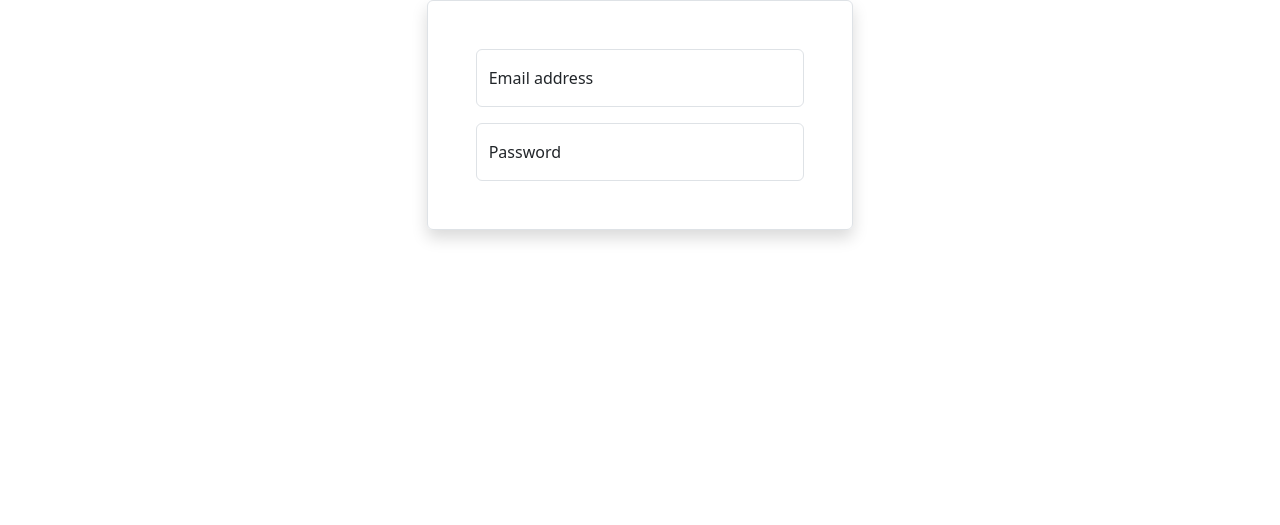
Repository: jaevoy2/lara_demo
Page: http://localhost/
These files come from the project's save history. The page is drawn as it stood at one moment and after the next save; the edit follows.
The browser window is 1280 px wide. The pictures show the whole page.
The page is served by the project's Laravel application, run on PHP 8.4 with Laravel 12.

Above is the page before, as saved 2026-07-06 22:50:56.

After the next save:
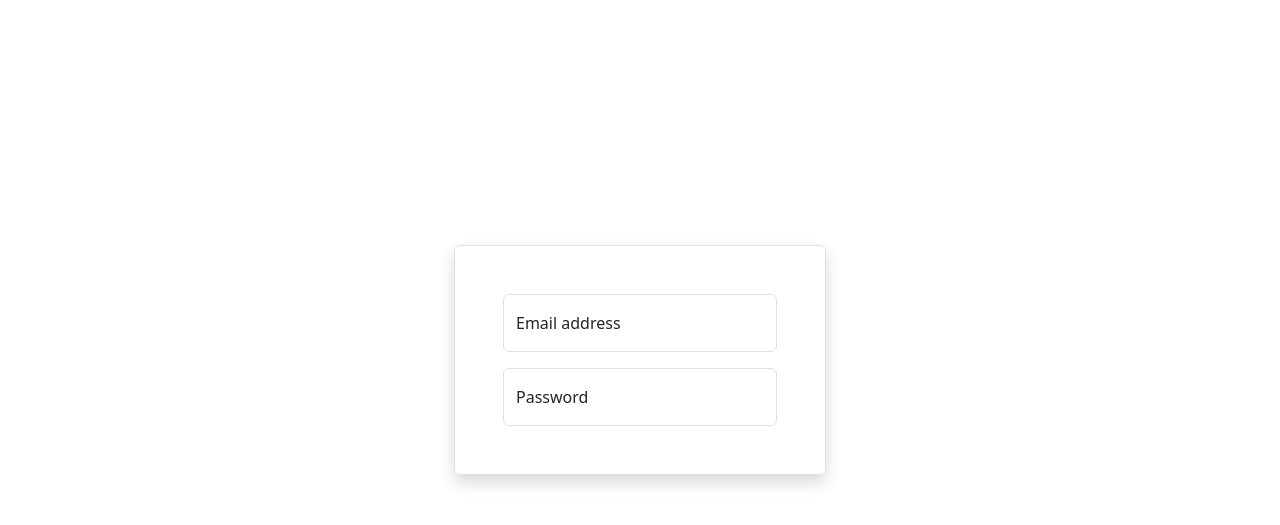
Saved 46 s later.
--- a/resources/views/login.blade.php
+++ b/resources/views/login.blade.php
@@ -1,15 +1,16 @@
 @extends('_layout._auth-head')
 
 @section('content')
-
-    <div class="container d-flex flex-column justify-content-center col-4 p-5 border rounded shadow mt-8">
-        <div class="form-floating mb-3">
-            <input type="email" class="form-control" id="floatingInput" placeholder="name@example.com">
-                <label for="floatingInput">Email address</label>
-        </div>
-        <div class="form-floating">
-            <input type="password" class="form-control" id="floatingPassword" placeholder="Password">
-            <label for="floatingPassword">Password</label>
+    <div class="container d-flex flex-column justify-content-center align-items-center vh-100">
+        <div class="container d-flex flex-column justify-content-center col-4 p-5 border rounded shadow ">
+            <div class="form-floating mb-3">
+                <input type="email" class="form-control" id="floatingInput" placeholder="name@example.com">
+                    <label for="floatingInput">Email address</label>
+            </div>
+            <div class="form-floating">
+                <input type="password" class="form-control" id="floatingPassword" placeholder="Password">
+                <label for="floatingPassword">Password</label>
+            </div>
         </div>
     </div>
 
